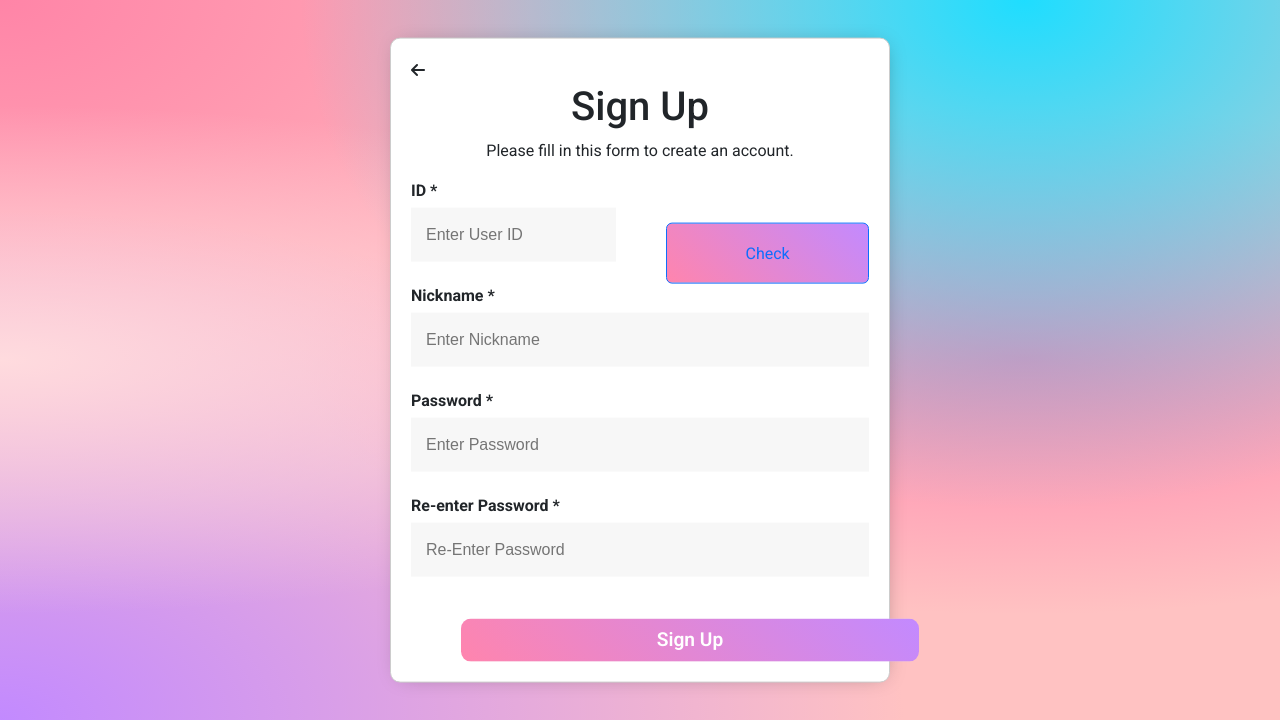
Repository: Jae-yi/JSPMybatis
Page: http://localhost/JspMybatisSub/WEB-INF/views/page/register.jsp
These files come from the project's save history. The page is drawn as it stood at one moment and after the next save; the edit follows.
The browser window is 1280 px wide. The pictures show the whole page.
Some web fonts or font styles are not loaded; a fallback is used. Some web libraries are served in a nearby version. The page is served by Tomcat 9. Nobody is signed in. The template is opened directly, without the code that normally fills it, so the values that code supplies are empty.

Above is the page before, as saved 2023-01-31 08:25:26.

After the next save:
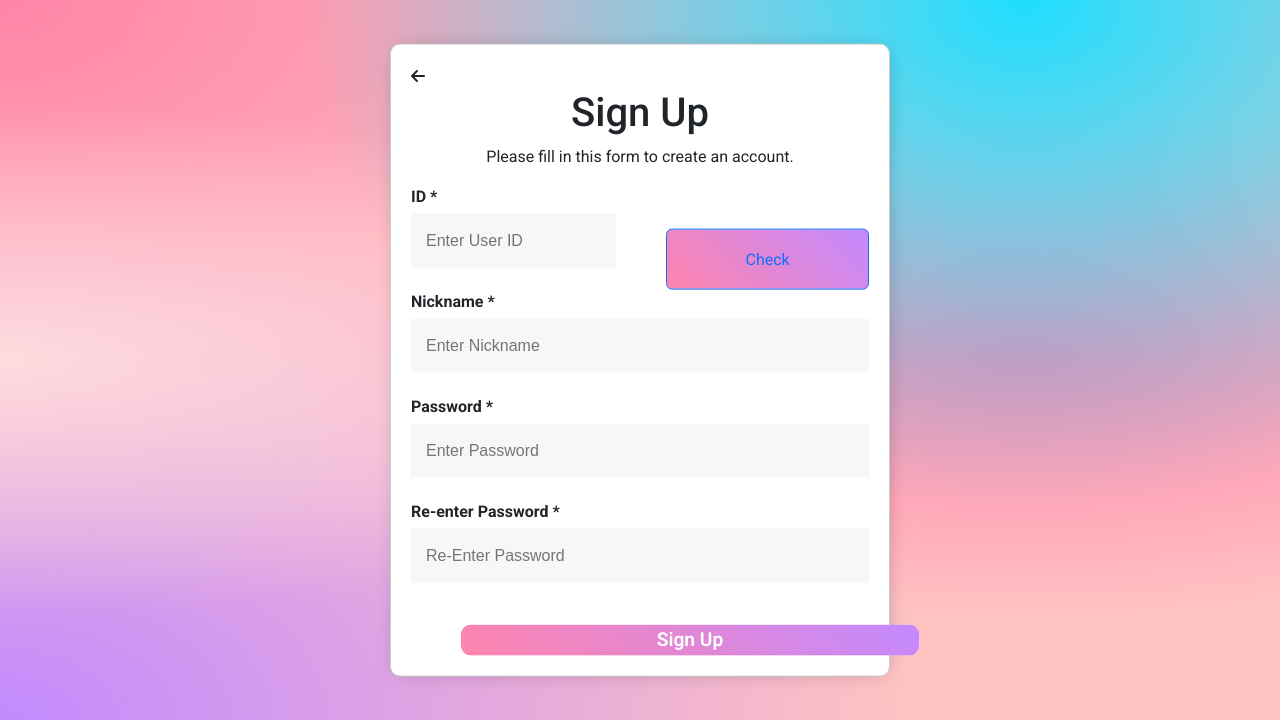
Saved 50 s later.
--- a/JspMybatisSub/src/main/webapp/resources/css/register.css
+++ b/JspMybatisSub/src/main/webapp/resources/css/register.css
@@ -79,7 +79,6 @@ button {
   margin-left:50px;
   margin-top:20px;
   border: none;
-  padding: 7px 20px;
   width: 100%;
   border-radius: 10px;
   font-size: 1.2rem;
